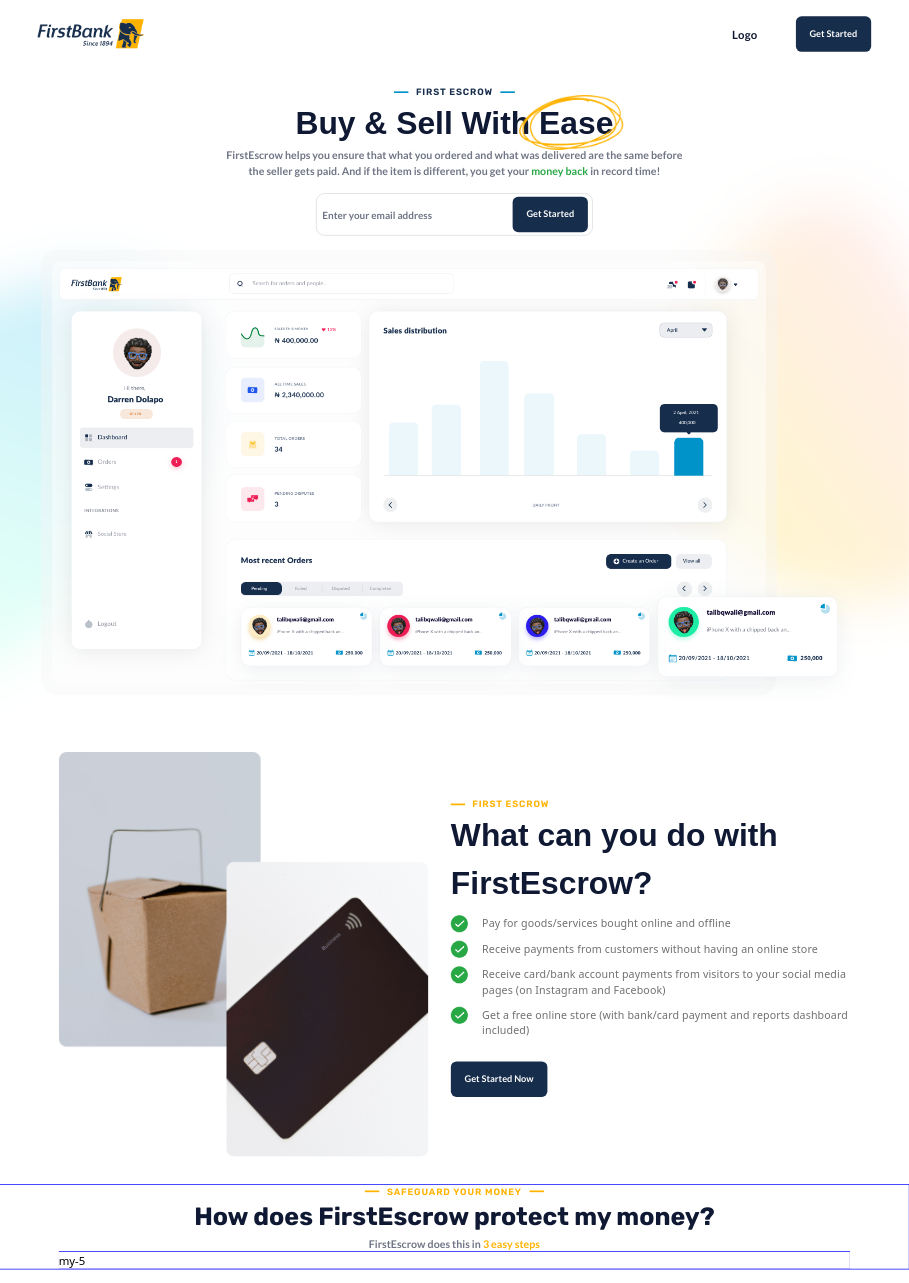
Repository: Pepperest-dev/First_Escrow_Home
Page: index.html
An editor plug-in stored every save of this project. The page is shown before and after the next save, followed by the edit.
The browser window is 1280 px wide. The pictures show the whole page, at 71% of full size.

Above is the page before, as saved 2021-09-26 11:27:09.

### index.html
<!DOCTYPE html>
<html lang="en">
  <head>
    <meta charset="UTF-8" />
    <meta http-equiv="X-UA-Compatible" content="IE=edge" />
    <meta name="viewport" content="width=device-width, initial-scale=1.0" />
    <link rel="stylesheet" href="styles/styles.css" />
    <link rel="stylesheet" href="styles/mobileScreenStyles.css" />
    <link
      href="https://unpkg.com/tailwindcss@^2/dist/tailwind.min.css"
      rel="stylesheet"
    />
    <link
      rel="stylesheet"
      href="https://cdnjs.cloudflare.com/ajax/libs/font-awesome/4.7.0/css/font-awesome.min.css"
    />
    <link rel="preconnect" href="https://fonts.googleapis.com" />
    <link rel="preconnect" href="https://fonts.gstatic.com" crossorigin />
    <link
      href="https://fonts.googleapis.com/css2?family=Lato:wght@100;300;400;700;800&family=Rubik:wght@400;500;600;700&display=swap"
      rel="stylesheet"
    />
    <title>First Escrow</title>
  </head>
  <body>
    <!-- Create a container wrapper to  -->
    <!-- create a container to keep everything contained in a certain width  ##done -->
    <!-- create the Navbar ##Done -->
    <!-- Do the font setup from google fonts  ##Done-->
    <!-- make the navbar responsive  Not done-->
    <!-- create the hero section ##almost -->
    <!-- work on the what can we do or you ssection -->
    <!-- Work on how does first escrow  works-->
    <!-- work on refund is guranteed  section  -->
    <!-- how it works in simple steps section -->
    <!-- work on the footer section -->
    <header class="banner mb-10 overflow-x-hidden overscroll-none">
      <nav
        class="
          h-24
          flex
          justify-between
          items-center
          md:w-11/12 md:p-0
          px-7
          mx-auto
          mb-6
        "
      >
        <a href="/">
          <img
            src="/assets/imgs/firstBank_logo.png"
            alt="First Bank Logo"
            class="BrandLogo cursor-pointer"
          />
        </a>

        <ul class="md:flex hidden w-2/12 h-full justify-between items-center">
          <li class="loginLink"><a href="#">Logo</a></li>
          <li>
            <button class="getStartedBtn hover:drop-shadow-xl">
              Get Started
            </button>
          </li>
        </ul>

        <div id="hambugger" class="hambugger cursor-pointer md:hidden">
          <i id="menuToggler" class="fa fa-2x fa-bars"></i>
        </div>
      </nav>

      <main class="md:w-11/12 mb-3 md:p-0 px-7 mx-auto">
        <article>
          <p
            class="
              text-center
              mx-auto
              flex
              justify-around
              items-center
              firstEscrow
            "
          >
            First Escrow
          </p>
          <h1 class="mainTitle text-center mx-auto">
            Buy & Sell With <span class="">Ease</span>
            <img
              src="/assets/icons/bigEaseElipses.png"
              alt="elipses"
              class="elipses"
            />
          </h1>
          <p class="contentDescription mx-auto">
            FirstEscrow helps you ensure that what you ordered and what was
            delivered are the same before the seller gets paid. And if the item
            is different, you get your
            <span class="greenMoneyText">money back</span> in record time!
          </p>
          <form
            class="
              my-5
              mx-auto
              flex
              justify-between
              items-center
              cursor-pointer
              bannerInputField
            "
          >
            <input
              type="text"
              class="h-full"
              placeholder="Enter your email address"
            />
            <button
              type="submit"
              class="getStartedBtn z-10 hover:drop-shadow-xl"
            >
              Get Started
            </button>
          </form>
        </article>
        <img
          src="/assets/imgs/dashboardMockup.png"
          class="dashboardImg cursor-pointer mx-auto"
          alt="dashboard mockup"
        />
      </main>
    </header>
    <div class="wrapper">
      <section
        class="
          mt-10
          w-11/12
          mx-auto
          overflow-x-hidden
          gap-x-8
          items-center
          flex
          justify-between
          flex-wrap-reverse
          md:flex-nowrap
        "
      >
        <div class="">
          <img
            class="object-contain"
            src="/assets/imgs/bagAndCard.png"
            alt="bag and card"
          />
        </div>
        <div class="">
          <p
            class="text-left flex justify-start items-center yellowFirstEscrow"
          >
            First Escrow
          </p>

          <h1 class="mainTitle">What can you do with FirstEscrow?</h1>

          <ul id="FirstEscrowCanDo"></ul>
          <button class="getStartedBtn hover:drop-shadow-xl my-5">
            Get Started Now
          </button>
        </div>
      </section>
    </div>
    <div class="wrapper outline">
      <section class="mt-10 mb-5 w-11/12 mx-auto overflow-x-hidden">
        <p
          class="
            text-center
            mx-auto
            flex
            justify-around
            items-center
            secondYellowFirstEscrow
          "
        >
          Safeguard Your Money
        </p>

        <h3 class="text-center protectTitle">
          How does FirstEscrow protect my money?
        </h3>
        <p class="contentDescription mx-auto">
          FirstEscrow does this in
          <span class="yellowText">3 easy steps</span>
        </p>

        <div class="threeBoxes outline">my-5</div>
      </section>
    </div>
    <script src="js/app.js"></script>
  </body>
</html>

### Styles/styles.css
* {
  margin: 0;
  padding: 0;
  border: 0;
  font-size: 16px;
  text-decoration: none;
  font: inherit;
  box-sizing: border-box;
}

/* Colors varable declaration */
:root {
  --whiteBgColor: #ffffff;
  --BtnBgColor: #162d4c;
  --lightBlueColor: #0093c9;
  --yellowPrimaryColor: #ffb300;
  --boxesTextColor: #707070;
  --darkBlueTextColor: #101933;
  --bannerTextColor: #707585;
  --lightGreenColor: #28a745;
  --inputFieldBorderColor: #d8dade;
  --footerBackgroundColor: #f6f6f7;
  --footerTextColor: #040c22;
  --latoFontFamily: "Lato", sans-serif;
  --rubikFontFamily: "Rubik", sans-serif;
  --arialFontFamily: "Arial", sans-serif;
}
.wrapper {
  margin-right: auto;
  margin-left: auto;
  max-width: 1440px;
  padding-right: 2rem;
  padding-left: 2rem;
  width: 100%;
  background-color: var(--whiteBgColor);
}

.banner {
  background-image: url(../assets/imgs/overlayBackground.png);
  background-position: center;
  background-repeat: no-repeat;
  background-size: cover;
  object-fit: cover;
}
.dashboardImg {
  width: 100%;
  height: auto;
  overflow-x: hidden;
}

.contentContainer {
}

.BrandLogo {
  width: 150px;
  object-fit: contain;
  height: 45px;
}

.outline {
  outline: 1px solid blue;
}

.loginLink {
  font: normal normal 600 16px/19px Lato;
  letter-spacing: 0.32px;
  font-family: var(--latoFontFamily);
  font-style: normal;
  font-weight: 600;
  color: var(--darkBlueTextColor);
}

.loginLink:hover {
  opacity: 0.8;
  transition: all ease-in-out 350ms;
}

.getStartedBtn {
  border-radius: 8px;
  background-color: var(--BtnBgColor);
  min-width: 100px;
  padding: 0 1.2rem;
  height: 50px;
  color: var(--whiteBgColor);
  font-family: var(--latoFontFamily);
  text-align: center;
  font-size: 13px;
  font-weight: 800;
}

.getStartedBtn:hover {
  opacity: 0.8;
  transition: all ease-in-out 350ms;
}

.yellowFirstEscrow {
  letter-spacing: 1.2px;
  color: var(--yellowPrimaryColor);
  text-transform: uppercase;
  font-family: var(--rubikFontFamily);
  font-size: 13px;
  font-weight: 600;
  width: 150px;
}

.yellowFirstEscrow::before {
  content: "";
  display: flex;
  width: 20px;
  border: 1px solid var(--yellowPrimaryColor);
  background-color: var(--yellowPrimaryColor);
  margin-right: 10px;
}

.secondYellowFirstEscrow {
  letter-spacing: 1.2px;
  color: var(--yellowPrimaryColor);
  text-transform: uppercase;
  font-family: var(--rubikFontFamily);
  font-size: 13px;
  font-weight: 600;
  width: 263px;
}

.secondYellowFirstEscrow::before {
  content: "";
  display: flex;
  width: 20px;
  border: 1px solid var(--yellowPrimaryColor);
  background-color: var(--yellowPrimaryColor);
}
.secondYellowFirstEscrow::after {
  content: "";
  display: flex;
  width: 20px;
  border: 1px solid var(--yellowPrimaryColor);
  background-color: var(--yellowPrimaryColor);
}

.firstEscrow {
  letter-spacing: 1.2px;
  color: var(--BtnBgColor);
  text-transform: uppercase;
  font-family: var(--rubikFontFamily);
  font-size: 13px;
  font-weight: 600;
  width: 180px;
}

.firstEscrow::before {
  content: "";
  display: flex;
  width: 20px;
  border: 1px solid var(--lightBlueColor);
  background-color: var(--lightBlueColor);
}
.firstEscrow::after {
  content: "";
  display: flex;
  width: 20px;
  background-color: var(--lightBlueColor);
  border: 1px solid var(--lightBlueColor);
}
.mainTitle {
  color: var(--darkBlueTextColor);
  font-family: var(--arialFontFamily);
  font-weight: 700;
  font-size: 2.8rem;
  max-width: 600px;
  position: relative;
}

.elipses {
  position: absolute;
  width: 150px;
  top: -11px;
  right: 10%;
}

.contentDescription {
  color: var(--bannerTextColor);
  font-family: var(--latoFontFamily);
  font-weight: 600;
  font-size: 15px;
  text-align: center;
  max-width: 650px;
}

.greenMoneyText {
  color: var(--lightGreenColor);
}

.bannerInputField {
  width: 390px;
  height: 60px;
  border: 1px solid var(--inputFieldBorderColor);
  border-radius: 12px;
  background: var(--whiteBgColor);
  padding: 8px 6px 8px 8px;
}

.bannerInputField input[type="text"] {
  border: none;
  font-family: var(--latoFontFamily);
  font-size: 16px;
  color: var(--bannerTextColor);
  flex: 0.9;
  font-weight: 600;
  outline: none;
}

.bannerInputField input[type="text"]::placeholder {
  font-family: var(--latoFontFamily);
  font-size: 14px;
  font-weight: 600;
  color: var(--bannerTextColor);
}

#FirstEscrowCanDo li {
  color: var(--boxesTextColor);
  letter-spacing: 0.18px;
  text-align: left;
  font-weight: normal;
  font-size: 15px;
}

.protectTitle {
  color: var(--darkBlueTextColor);
  letter-spacing: 0;
  font-family: var(--rubikFontFamily);
  font-weight: bold;
  font-size: 2.2rem;
}
.yellowText {
  color: var(--yellowPrimaryColor);
}

### Styles/mobileScreenStyles.css
@media screen and (max-width: 600px) {
  .banner {
    background-size: contain;
  }
  .dashboardImg {
    width: 500px;
    height: auto;
  }

  .BrandLogo {
    width: 100px;
  }

  .toggle {
    transition: opacity ease-in-out;
  }

  .elipses {
    position: absolute;
    width: 150px;
    top: 40%;
    right: 9%;
  }
}

### Js/app.js
const escrow = {
  firstEscrowList: [
    {
      icon: "/assets/icons/greenChecked.png",
      text: "Pay for goods/services bought online and offline",
    },
    {
      icon: "/assets/icons/greenChecked.png",
      text: "Receive payments from customers without having an online store",
    },
    {
      icon: "/assets/icons/greenChecked.png",
      text: "Receive card/bank account payments from visitors to your social media pages (on Instagram and Facebook)",
    },
    {
      icon: "/assets/icons/greenChecked.png",
      text: "Get a free online store (with bank/card payment and reports dashboard included)",
    },
  ],
};

Object.freeze(escrow);
console.log(escrow.firstEscrowList);

document.addEventListener(
  "DomContentLoaded",
  (function () {
    console.log("escrow, content");
    const hambugger = document.querySelector("#hambugger");
    const menu = document.querySelector("#menuToggler");
    const escrowCanDo = document.querySelector("#FirstEscrowCanDo");

    let returnedList = escrow.firstEscrowList
      .map(
        (list) =>
          `<li class="flex items-start my-3 justify-start"><img  src=${list.icon} alt="checked icon" class="mr-5 h-6 w-6" /> ${list.text}</li>`
      )
      .join(" ");

    escrowCanDo.innerHTML = returnedList;

    hambugger.addEventListener("click", () => {
      if (menu.classList.contains("fa-bars")) {
        menu.classList.remove("fa-bars");
        menu.classList.add("fa-times");
      } else if (menu.classList.contains("fa-times")) {
        menu.classList.remove("fa-times");
        menu.classList.add("fa-bars");
      }
      hambugger.classList.toggle("toggle");
    });
  })()
);

After the next save:
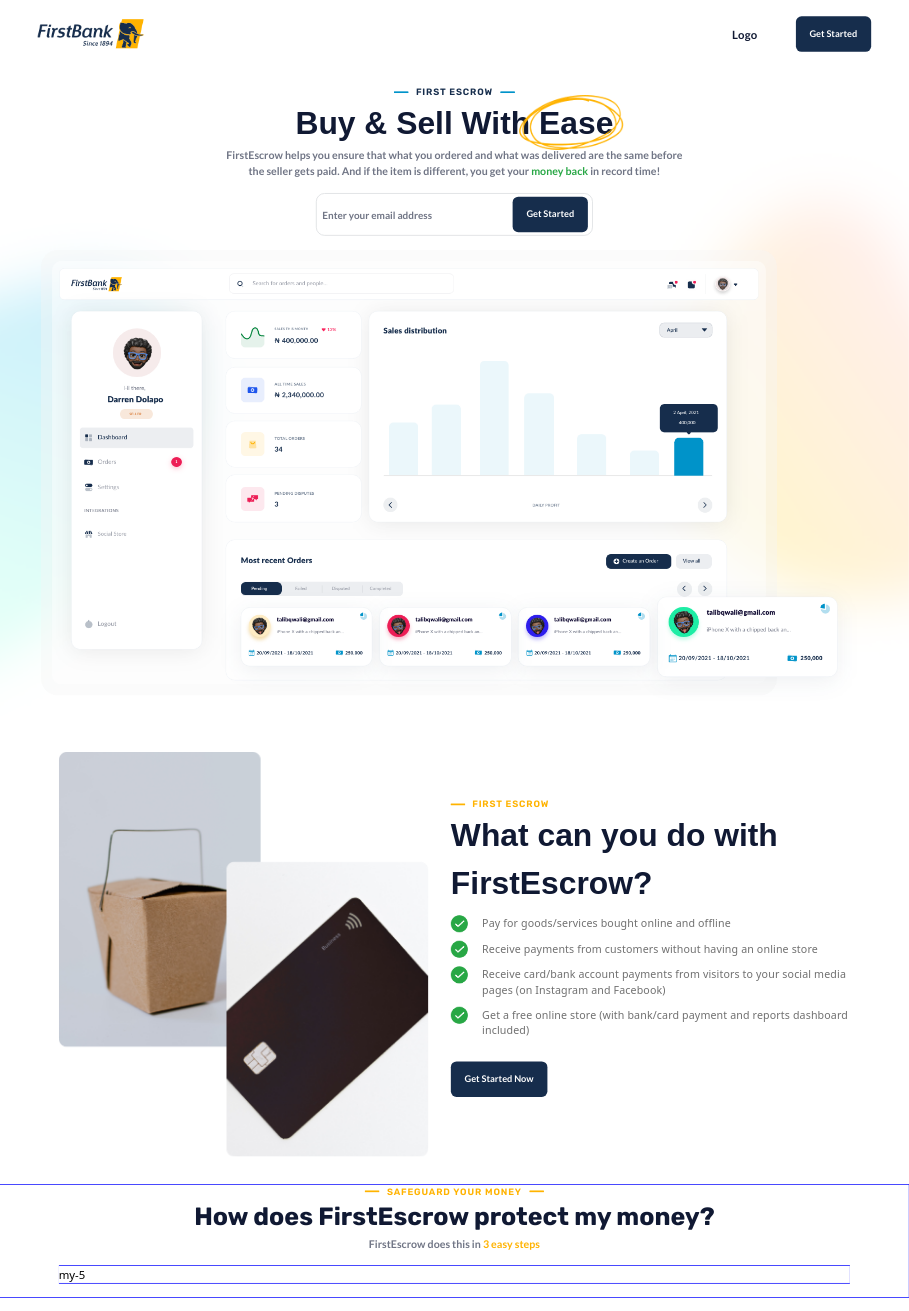
Saved 11 s later.
--- a/index.html
+++ b/index.html
@@ -189,7 +189,7 @@
           <span class="yellowText">3 easy steps</span>
         </p>
 
-        <div class="threeBoxes outline">my-5</div>
+        <div class="threeBoxes outline my-5">my-5</div>
       </section>
     </div>
     <script src="js/app.js"></script>
